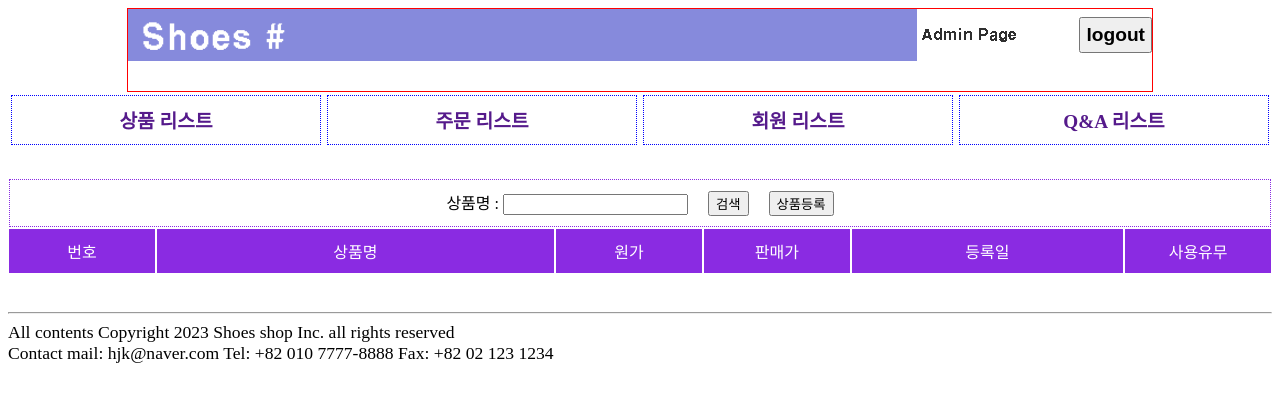
Repository: kkm41/SQL
Page: http://localhost/WEB12_ShoesShop/admin/product/productList.jsp
The author's editor kept a copy of each file at every save. The page is drawn from the files as they stood at one save, then again after a run of saves.
The browser window is 1280 px wide. The pictures show the whole page.
The page is served by Tomcat 10. Other server files are loaded and not shown. The template is opened directly, without the code that normally fills it, so the values that code supplies are empty.

Above is the page before, as saved 2024-05-23 03:21:14.

### workspace/WEB12_ShoesShop/src/main/webapp/admin/product/productList.jsp
<%@ page language="java" contentType="text/html; charset=UTF-8"
    pageEncoding="UTF-8"%>
<%@include file="/admin/header.jsp" %>

<!-- 경로가 '/' 로 시작하면 가장 상위 폴더로부터 표시되는 절대 경로로 인식됩니다 -->
<!-- 아래와 같이 상대경로로 표시할수도 있습니다 -->
<%-- <%@inclue file="../sub_menu.jsp"%> --%>
<%@include file="/admin/sub_menu.jsp" %>

<article>
	<div class="tb">
		<div class="row">
			<div class="col">
				상품명 : <input type="text" name="key" value="${key}"/>
				&nbsp;&nbsp;&nbsp;
				<input class="btn" type="button" name="btn_search" value="검색"/>
				&nbsp;&nbsp;&nbsp;
				<input type="button" value="상품등록">
			</div>
		</div>
		<div class="row">
			<div class="coltitle">번호</div>
			<div class="coltitle">상품명</div>
			<div class="coltitle">원가</div>
			<div class="coltitle">판매가</div>
			<div class="coltitle">등록일</div>
			<div class="coltitle">사용유무</div>
		</div>
		<c:forEach items="${productList}" var="productVO">
			<div class="row">
				<div class="col">${productVO.pseq}</div>
				<div class="col">${productVO.name}</div>
				<div class="col"><fmt:formatNumber value="${productVO.price1}"/></div>
				<div class="col"><fmt:formatNumber value="${productVO.price2}"/></div>
				<div class="col"><fmt:formatDate value="${productVO.indate}"/></div>
				<div class="col">
					<c:choose>
				<c:when test='${productVO.useyn=="N"}'>미사용</c:when>
				<c:otherwise>사용</c:otherwise>
					</c:choose>
			</div>
		</div>
		</c:forEach>
	</div>
</article>



<%@include file="/admin/footer.jsp" %>

### workspace/WEB12_ShoesShop/src/main/webapp/admin/header.jsp
<%@ page language="java" contentType="text/html; charset=UTF-8"
    pageEncoding="UTF-8"%>
<%@taglib prefix="c" uri="http://java.sun.com/jsp/jstl/core"%>
<%@taglib prefix="fmt" uri="http://java.sun.com/jsp/jstl/fmt"%>
<!DOCTYPE html>
<html>
<head>
<meta charset="UTF-8">
<title>Insert title here</title>
<link rel="stylesheet" href="admin/css/admin.css">
<script src="admin/script/admin.js"></script>
</head>
<body>

<div id="wrap">
	<header>
		<div id="logo">
			<img style="width:800px" src="admin/images/bar_01.gif">
			<img src="admin/images/text.gif">
			<input class="btn" type="button" value="logout" style="float:right;"
				onClick="location.href='shop.do?command=adminLogout'">
		</div>
	</header>
</div>

### workspace/WEB12_ShoesShop/src/main/webapp/admin/sub_menu.jsp
<%@ page language="java" contentType="text/html; charset=UTF-8"
    pageEncoding="UTF-8"%>
<meta charset="UTF-8">

<nav id="sub_menu">
	<div><a href="">상품 리스트</a></div>
	<div><a href="">주문 리스트</a></div>
	<div><a href="">회원 리스트</a></div>
	<div><a href="">Q&A 리스트</a></div>
</nav>

### workspace/WEB12_ShoesShop/src/main/webapp/admin/footer.jsp
<%@ page language="java" contentType="text/html; charset=UTF-8"
    pageEncoding="UTF-8"%>

<footer><hr>
	<div id="copy">
		All contents Copyright 2023 Shoes shop Inc. all rights reserved<br>
		Contact mail: hjk@naver.com Tel: +82 010 7777-8888 Fax: +82 02 123 1234 &nbsp;



	</div>


</footer>



</body>
</html>

### workspace/WEB12_ShoesShop/src/main/webapp/admin/css/admin.css
@charset "UTF-8";


#wrap{width:100%; max-width:1024px; margin: 0 auto; border:1px solid red;
display:flex; flex-direction:column;}



article{
   /*border:2px solid dimgray;
   margin:2px;*/
   flex:4;
   display: flex;

}

article form{
   flex:1;
   /*border:2px solid red;
   margin:2px;*/
   display: flex;
   flex-direction: column;
}

article form h2{
   margin:0;
   margin-bottom:20px;
   font-weight: normal;
   font-size: 28px;
}

article form{padding:10px;}

article form .field{
   display: flex;
   margin:10px 0;
}
article form .field label{
   flex:1;
}
article form .field input{
   flex:4;
   padding: 5px;
    border-radius: 3px;
    border: 1px solid #AAA;
}

article form .field div{
   flex:4;
   display: flex;
}
article form .field div input[type=text]{
   flex:4;
}
article form .field div input[type=button]{
   flex:1;
}






article form .btn{
   flex:1;
   display: flex;
   margin:10px 0;
}
article form .btn input{
   flex:1;
   margin:10px 3px;
   background-color: blueviolet;
   border:none;
   color:white;
   border-radius: 5px;
   padding:10px 0;
}


header{width:100%; margin-bottom:30px;}
#logo{width:100%; display:flex; justify-content:space-between; align-items:center;}
#logo img{vertical-align:middle;}
#logo input{padding:5px; font-weight:bold; font-size:120%;}

#sub_menu{display:flex; justify-content:space-between; align-items:center; margin-bottom:30px;}
#sub_menu div{flex:1; text-align:center; padding:10px; border:1px dotted blue; margin:3px;}
#sub_menu div a{font-size:120%; font-weight:bold; text-decoration:none;}

.tb{width:100%; display:flex; flex-direction:column; margin-bottom:30px;}
.row{display:flex;}
.coltitle{background:blueviolet; margin:1px; padding:10px; color:white; text-align:center;}
.col{flex:1; border:1px dotted blueviolet; margin:1px; padding:10px; text-align:center;}

.coltitle:nth-child(1), .col:nth-child(1){flex:1;}
.coltitle:nth-child(2), .col:nth-child(2){flex:3;}
.coltitle:nth-child(3), .col:nth-child(3){flex:1;}
.coltitle:nth-child(4), .col:nth-child(4){flex:1;}
.col:nth-child(3), .col:nth-child(4){text-align:right;}
.coltitle:nth-child(5), .col:nth-child(5){flex:2;}
.coltitle:nth-child(6), .col:nth-child(6){flex:1;}
footer{width:100%;}
footer div{font-size:110%;}

### workspace/WEB12_ShoesShop/src/main/webapp/admin/script/admin.js
function loginCheck(){
	if(document.loginForm.userid.value==""){
		alert("아이디를 입력하세요");
		document.loginForm.userid.focus();
		return false;
	}else if(document.loginForm.pwd.value==""){
		alert("패스워드를 입력하세요");
		document.loginForm.pwd.focus();
		return false;
	}else{
		return true;
	}


}

After the next 2 saves:
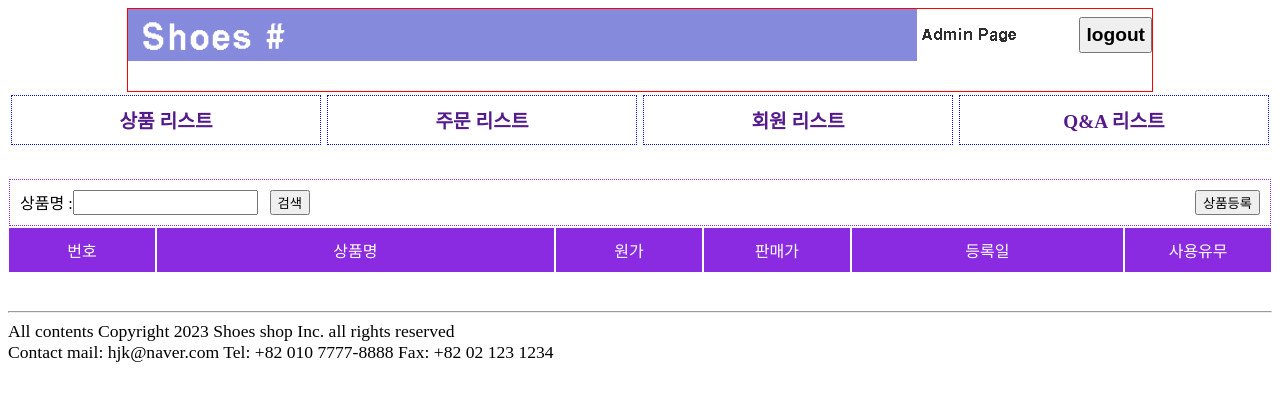
The 2 saves are shown as one change because they came seconds apart.
The last was saved 14 min 38 s later.
--- a/workspace/WEB12_ShoesShop/src/main/webapp/admin/product/productList.jsp
+++ b/workspace/WEB12_ShoesShop/src/main/webapp/admin/product/productList.jsp
@@ -10,12 +10,12 @@
 <article>
 	<div class="tb">
 		<div class="row">
-			<div class="col">
+			<div class="col" style="display:flex;">
 				상품명 : <input type="text" name="key" value="${key}"/>
 				&nbsp;&nbsp;&nbsp;
 				<input class="btn" type="button" name="btn_search" value="검색"/>
 				&nbsp;&nbsp;&nbsp;
-				<input type="button" value="상품등록">
+				<input type="button" style ="margin-left:auto;" value="상품등록">
 			</div>
 		</div>
 		<div class="row">
